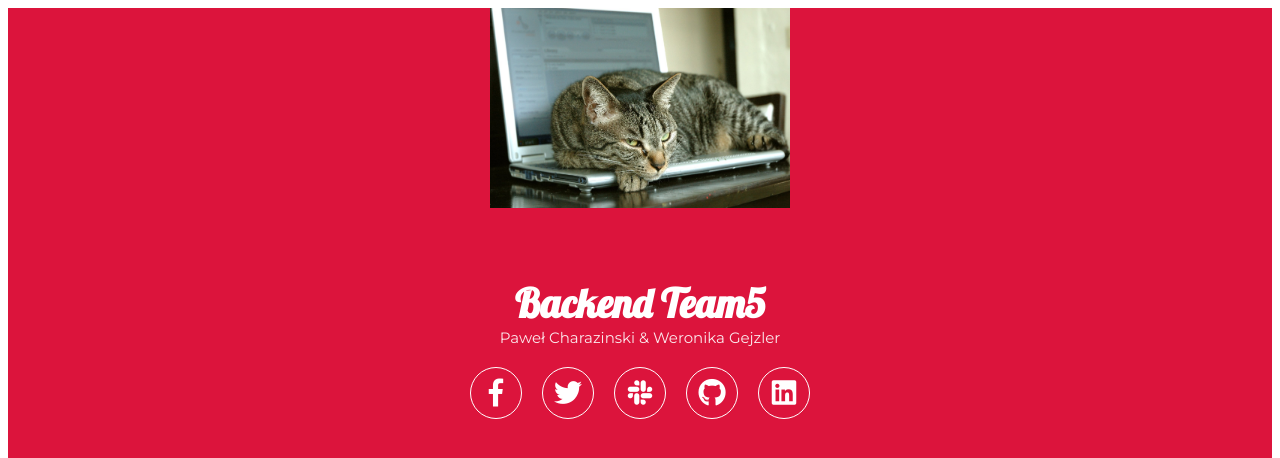
Repository: pietruszka/cc_proj1
Page: index.html
These files come from the project's save history. The page is drawn as it stood at one moment and after the next save; the edit follows.
The browser window is 1280 px wide. The pictures show the part of the page from y = 0 to 458 px (the page is 1111 px tall).
Pictures or frames that could not be fetched are drawn as grey boxes. Some web libraries are served in a nearby version.

Above is the page before, as saved 2018-11-18 19:38:20.

After the next save:
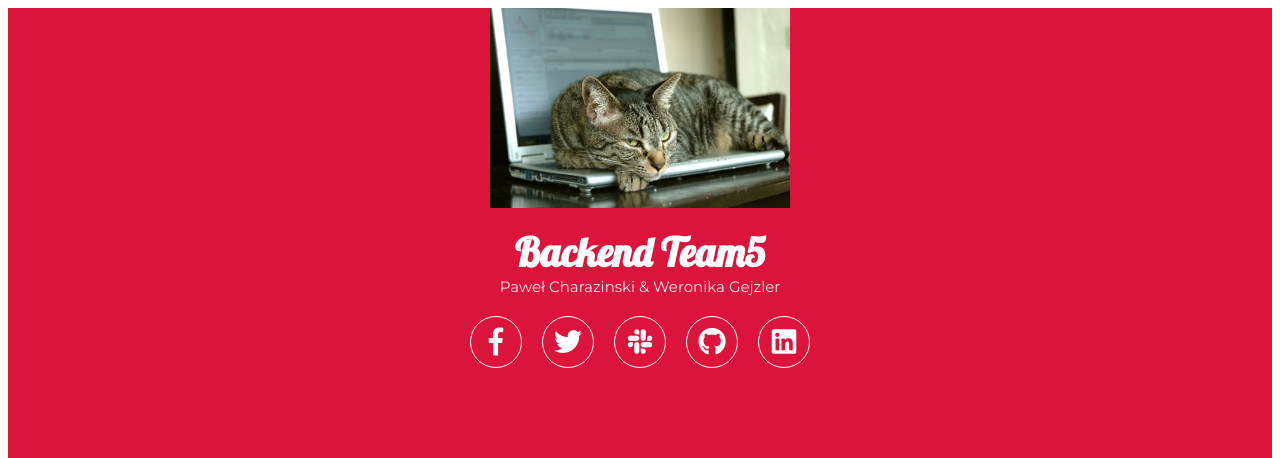
Saved 12 s later.
--- a/style.css
+++ b/style.css
@@ -34,7 +34,7 @@
 
 #heading{
 
-  padding: 5vw;
+  padding: 1vw;
   grid-area: heading;
 }
 
